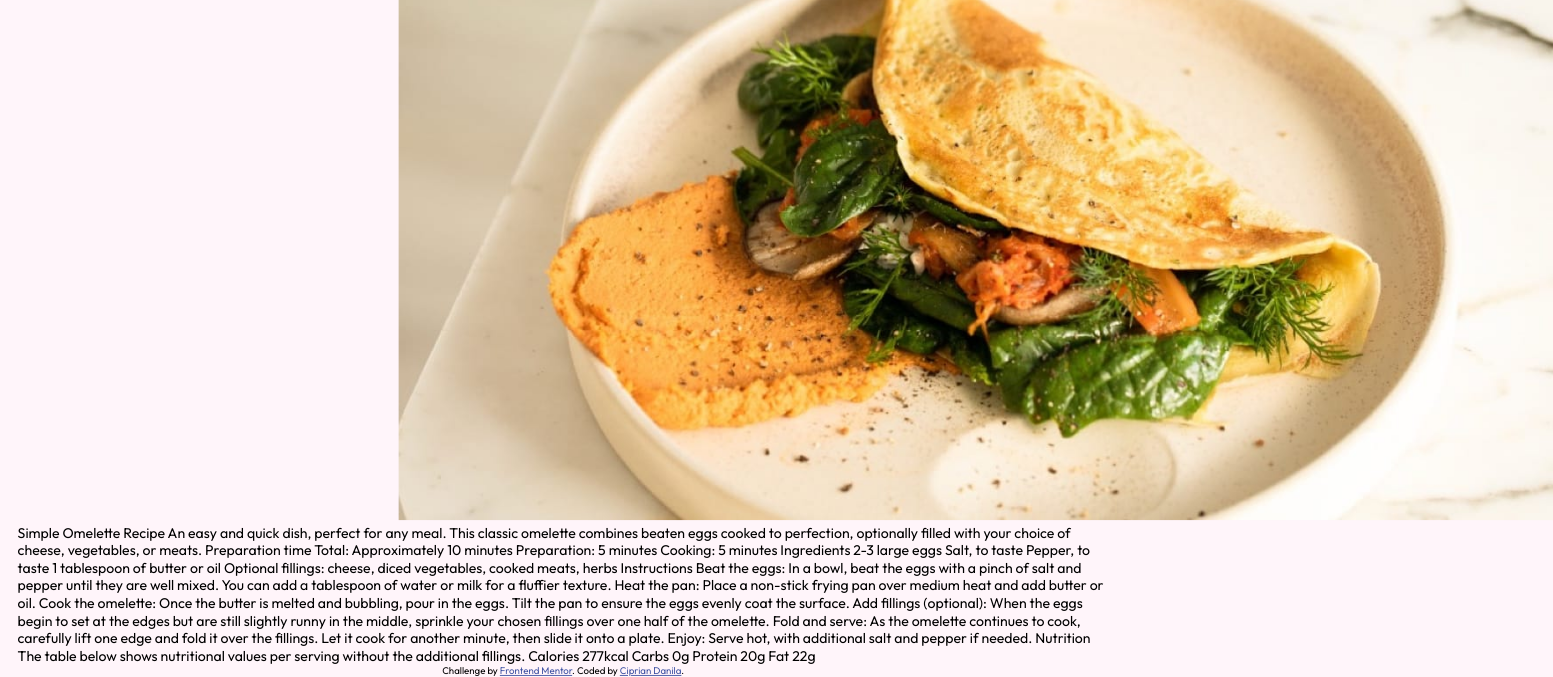
Repository: cipdanila/recipe-page
Page: index.html
The author's editor kept a copy of each file at every save. The page is drawn from the files as they stood at one save, then again after the next save.
The browser window is 1280 px wide. The page is 1765 px wide, so the pictures cover 1765 px, including what lies to the right of the window. The pictures show the whole page, at 88% of full size.

Above is the page before, as saved 2024-01-21 14:28:30.

After the next save:
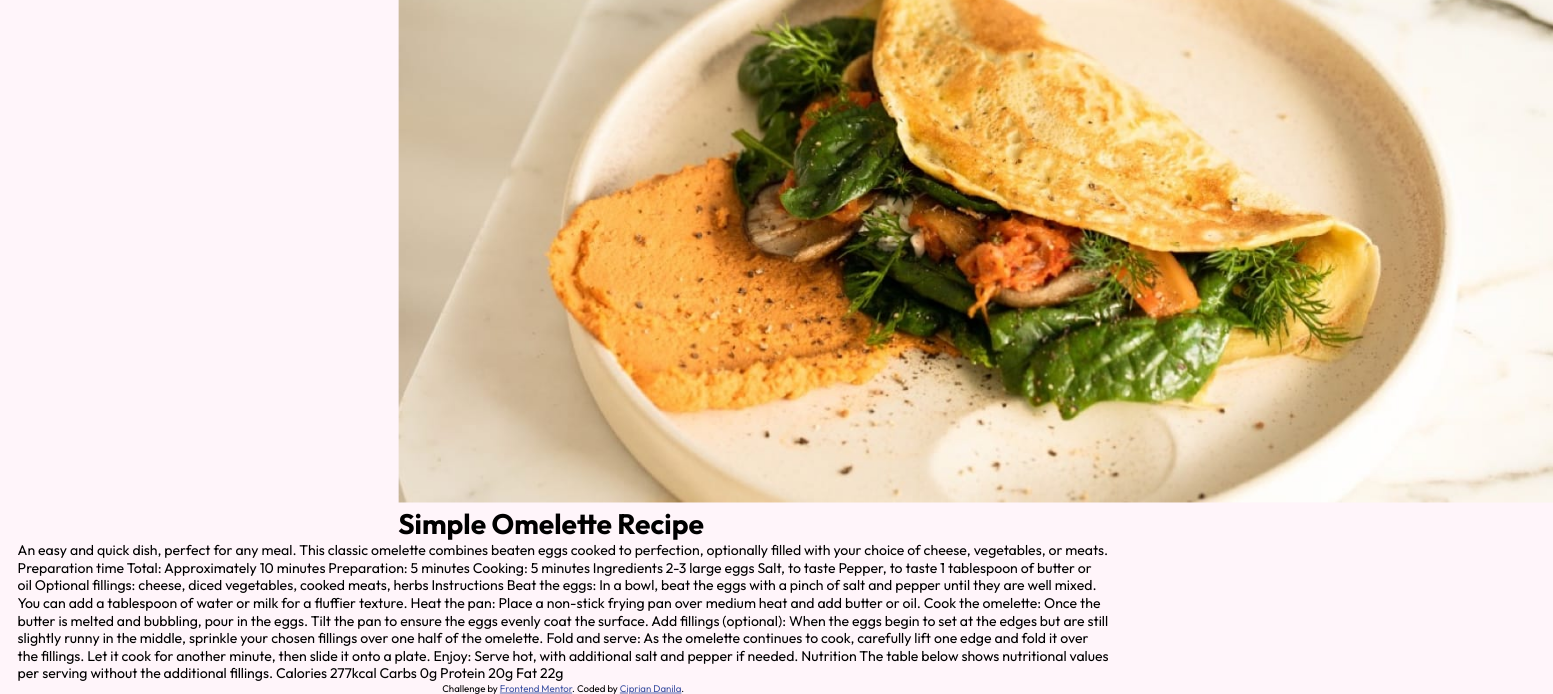
Saved 36 s later.
--- a/index.html
+++ b/index.html
@@ -14,9 +14,11 @@
   <main>
     <div class="container">
       <img src="./assets/images//image-omelette.jpeg" alt="image-omlette">
+      <h1>
+        Simple Omelette Recipe
+      </h1>
     </div>
   </main>
-  Simple Omelette Recipe
 
   An easy and quick dish, perfect for any meal. This classic omelette combines beaten eggs cooked
   to perfection, optionally filled with your choice of cheese, vegetables, or meats.
